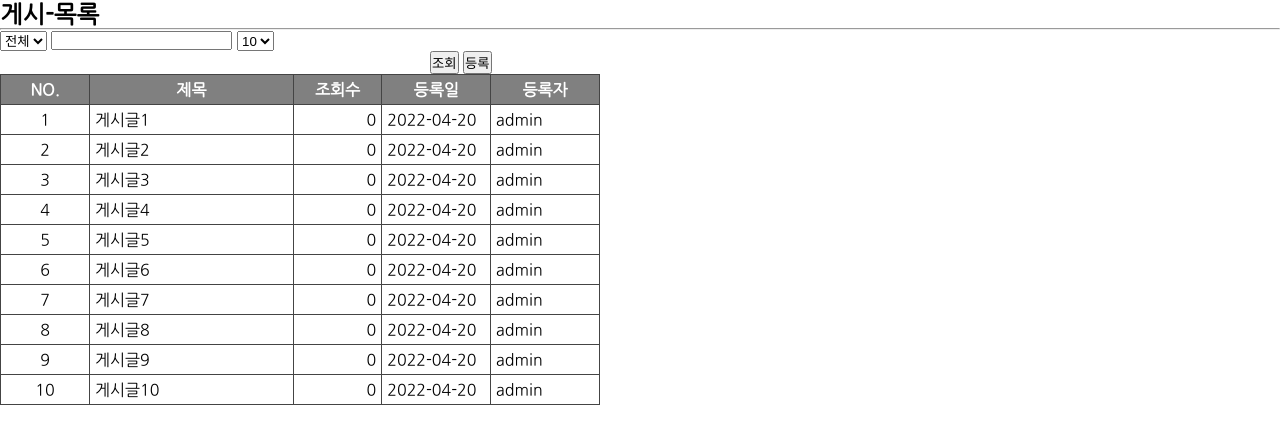
Repository: dongseon-git/WEB_JSP
Page: workspace/studyhtml5/WebContent/template/board_list_test01.html
These files come from the project's save history. The page is drawn as it stood at one moment and after the next save; the edit follows.
The browser window is 1280 px wide. The pictures show the whole page.

Above is the page before, as saved 2022-05-18 08:07:13.

After the next save:
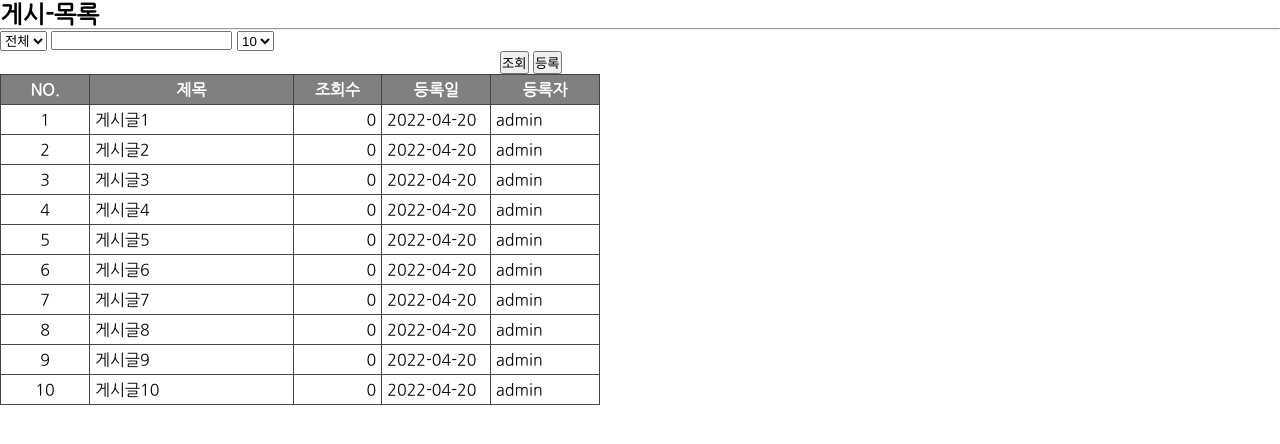
Saved 14 s later.
--- a/workspace/studyhtml5/WebContent/template/board_list_test01.html
+++ b/workspace/studyhtml5/WebContent/template/board_list_test01.html
@@ -20,7 +20,7 @@ text-align: center;
 }
 div>input{
     position: relative;
-    left: 430px;
+    left: 500px;
 }
 
 </style>
